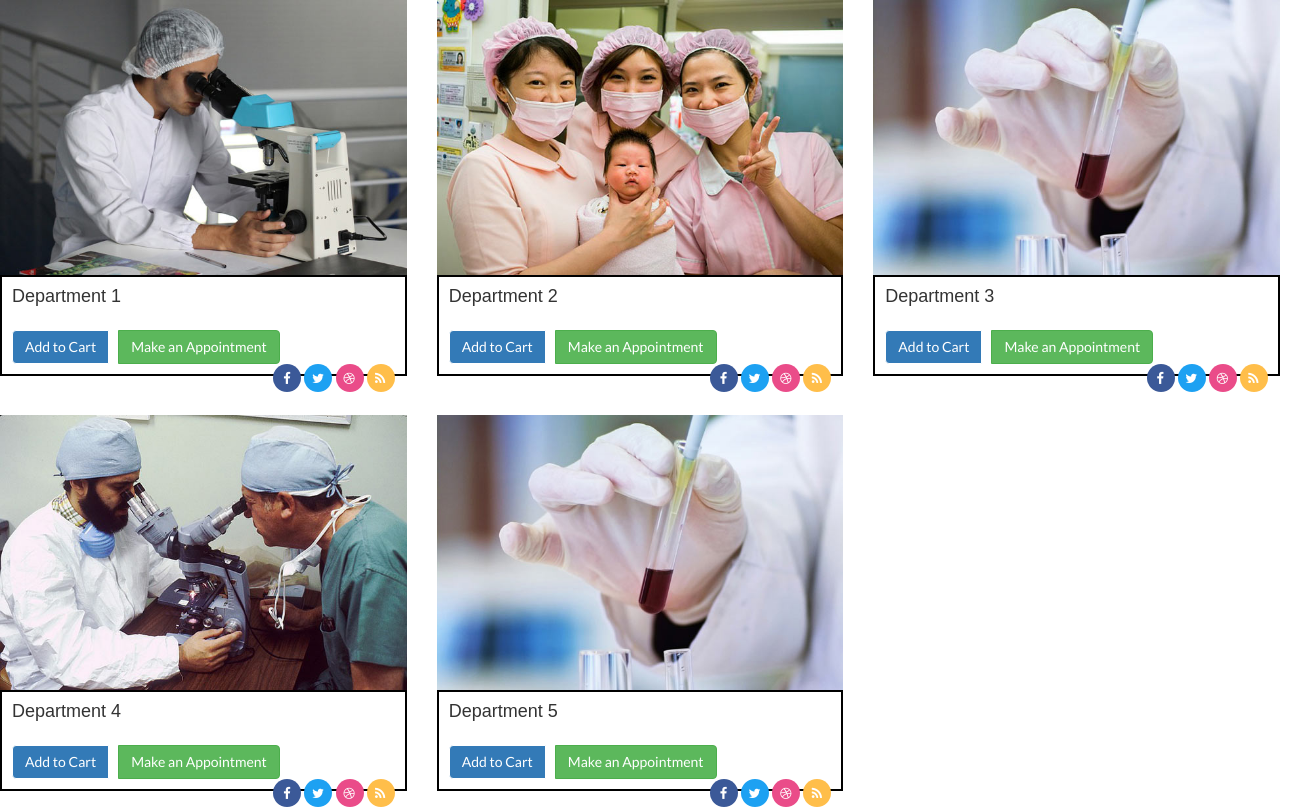
Repository: 72-faisal/work_to_do
Page: http://localhost/Khajina_Doctor/Department-home.jsp
These files come from the project's save history. The page is drawn as it stood at one moment and after the next save; the edit follows.
The browser window is 1280 px wide. The page is 1295 px wide, so the pictures cover 1295 px, including what lies to the right of the window. The pictures show the whole page.
Some web fonts or font styles are not loaded; a fallback is used. The page is served by Tomcat 9. Other server files are loaded and not shown.

Above is the page before, as saved 2023-04-15 20:16:18.

### Khajina_Doctor/Khajina_Doctor/src/main/webapp/Department-home.jsp
<%@ page language="java" contentType="text/html; charset=ISO-8859-1"
    pageEncoding="ISO-8859-1"%>
<!DOCTYPE html>
<html>
<head>
<meta charset="ISO-8859-1">
<title>KhajjinaDoc a Medical Online Solution |</title>
<!-- for-meta-tags-->
<meta name="viewport" content="width=device-width, initial-scale=1">
<meta http-equiv="Content-Type" content="text/html; charset=utf-8" />
<meta name="keywords" content="Health Plus Responsive web template, Bootstrap Web Templates, Flat Web Templates, Android Compatible web template,
Smartphone Compatible web template, free web designs for Nokia, Samsung, LG, SonyEricsson, Motorola web design" />
<script type="application/x-javascript"> addEventListener("load", function() { setTimeout(hideURLbar, 0); }, false);
		function hideURLbar(){ window.scrollTo(0,1); } </script>
<!-- //for-meta-tags-->
<link href="css/bootstrap.css" rel="stylesheet" type="text/css" media="all" />
<link rel="stylesheet" href="css/flexslider.css" type="text/css" media="screen" Department="" />
<link href="css/services.css" rel="stylesheet" type="text/css" media="all" />
<link href="css/ziehharmonika.css" rel="stylesheet" type="text/css">
<link href="css/JiSlider.css" rel="stylesheet">
<link href="css/style.css" rel="stylesheet" type="text/css" media="all" />
<!-- font-awesome icons -->
<link href="css/font-awesome.css" rel="stylesheet">
<!-- //font-awesome icons -->
<link href="//fonts.googleapis.com/css?family=Raleway:200,200i,300,300i,400,400i,500,500i,600,600i,700,700i,800" rel="stylesheet">
<link href="//fonts.googleapis.com/css?family=Lato:300,300i,400,400i,700,900" rel="stylesheet">
<style>
.overlay {
  border: 2px solid black; /* Set the border style to a 1px solid black line */
  padding: 10px; /* Add some padding around the box content to make it easier to read */
}
.department .btn-group .btn:first-child {
  margin-right: 10px;
}

.btn-primary:hover {
  filter: brightness(70%);
}
.social_agileinfo li a {
  display: block;
  width: 30px;
  height: 30px;
  line-height: 30px;
  text-align: center;
  background: #333;
  border-radius: 50%;
  margin: 0 10px;
}

.social_agileinfo li a i {
  font-size: 18px;
}

.social_agileinfo li a:hover {
  background: #555;
}

.social_agileinfo li a:hover i {
  color: #fff;
}

.social_agileinfo li a:focus {
  outline: none;
}





</style>
</head>
<body>
<div class="department-box">
    <div class="row">
        <div class="col-md-4 department">
            <img src="images/g1.jpg" alt=" " class="img-responsive" />
            <div class="overlay">
                <h4>Department 1</h4><br>
                 <div class="btn-group" role="group">
                    <button type="button" class="btn btn-primary">Add to Cart</button>
                    <button type="button" class="btn btn-success">Make an Appointment</button>
                </div><br>
               <div class="agileinfo_social_icons">
							<ul class="agileits_social_list">
								<li><a href="72__faisal" class="w3_agile_facebook"><i class="fa fa-facebook" aria-hidden="true"></i></a></li>
								<li><a href="72__faisal" class="agile_twitter"><i class="fa fa-twitter" aria-hidden="true"></i></a></li>
								<li><a href="72__faisal" class="w3_agile_dribble"><i class="fa fa-dribbble" aria-hidden="true"></i></a></li>
								<li><a href="72__faisal" class="w3_agile_rss"><i class="fa fa-rss" aria-hidden="true"></i></a></li>
							</ul>
						</div>
            </div>
        </div>
        <div class="col-md-4 department">
            <img src="images/g2.jpg" alt=" " class="img-responsive" />
            <div class="overlay">
                <h4>Department 2</h4><br>
                <div class="btn-group" role="group">
                    <button type="button" class="btn btn-primary">Add to Cart</button>
                    <button type="button" class="btn btn-success">Make an Appointment</button>
                </div><br>
                   <div class="agileinfo_social_icons">
							<ul class="agileits_social_list">
								<li><a href="72__faisal" class="w3_agile_facebook"><i class="fa fa-facebook" aria-hidden="true"></i></a></li>
								<li><a href="72__faisal" class="agile_twitter"><i class="fa fa-twitter" aria-hidden="true"></i></a></li>
								<li><a href="72__faisal" class="w3_agile_dribble"><i class="fa fa-dribbble" aria-hidden="true"></i></a></li>
								<li><a href="72__faisal" class="w3_agile_rss"><i class="fa fa-rss" aria-hidden="true"></i></a></li>
							</ul>
						</div>
            </div>
        </div>
        <div class="col-md-4 department">
            <img src="images/g3.jpg" alt=" " class="img-responsive" />
            <div class="overlay">
                <h4>Department 3</h4><br>
                <div class="btn-group" role="group">
                    <button type="button" class="btn btn-primary">Add to Cart</button>
                    <button type="button" class="btn btn-success">Make an Appointment</button>
                </div><br>
                  <div class="agileinfo_social_icons">
							<ul class="agileits_social_list">
								<li><a href="72__faisal" class="w3_agile_facebook"><i class="fa fa-facebook" aria-hidden="true"></i></a></li>
								<li><a href="72__faisal" class="agile_twitter"><i class="fa fa-twitter" aria-hidden="true"></i></a></li>
								<li><a href="72__faisal" class="w3_agile_dribble"><i class="fa fa-dribbble" aria-hidden="true"></i></a></li>
								<li><a href="72__faisal" class="w3_agile_rss"><i class="fa fa-rss" aria-hidden="true"></i></a></li>
							</ul>
						</div>
            </div>
        </div>
    </div><br>
    <div class="row">
        <div class="col-md-4 department">
            <img src="images/g4.jpg" alt=" " class="img-responsive" />
            <div class="overlay">
                <h4>Department 4</h4><br>
               <div class="btn-group" role="group">
                    <button type="button" class="btn btn-primary">Add to Cart</button>
                    <button type="button" class="btn btn-success">Make an Appointment</button>
                </div><br>
                 <div class="agileinfo_social_icons">
							<ul class="agileits_social_list">
								<li><a href="72__faisal" class="w3_agile_facebook"><i class="fa fa-facebook" aria-hidden="true"></i></a></li>
								<li><a href="72__faisal" class="agile_twitter"><i class="fa fa-twitter" aria-hidden="true"></i></a></li>
								<li><a href="72__faisal" class="w3_agile_dribble"><i class="fa fa-dribbble" aria-hidden="true"></i></a></li>
								<li><a href="72__faisal" class="w3_agile_rss"><i class="fa fa-rss" aria-hidden="true"></i></a></li>
							</ul>
						</div>
            </div>
        </div>
         <div class="col-md-4 department">
            <img src="images/g3.jpg" alt=" " class="img-responsive" />
            <div class="overlay">
                <h4>Department 5</h4><br>
               <div class="btn-group" role="group">
                    <button type="button" class="btn btn-primary">Add to Cart</button>
                    <button type="button" class="btn btn-success">Make an Appointment</button>
                </div><br>
                  <div class="agileinfo_social_icons">
							<ul class="agileits_social_list">
								<li><a href="72__faisal" class="w3_agile_facebook"><i class="fa fa-facebook" aria-hidden="true"></i></a></li>
								<li><a href="72__faisal" class="agile_twitter"><i class="fa fa-twitter" aria-hidden="true"></i></a></li>
								<li><a href="72__faisal" class="w3_agile_dribble"><i class="fa fa-dribbble" aria-hidden="true"></i></a></li>
								<li><a href="72__faisal" class="w3_agile_rss"><i class="fa fa-rss" aria-hidden="true"></i></a></li>
							</ul>
						</div>
            </div>
        </div>
    </div>
    </div>

</body>
</html>

### Khajina_Doctor/Khajina_Doctor/src/main/webapp/css/flexslider.css
/*
 * jQuery FlexSlider v2.0
 * http://www.woothemes.com/flexslider/
 *
 * Copyright 2012 WooThemes
 * Free to use under the GPLv2 license.
 * http://www.gnu.org/licenses/gpl-2.0.html
 *
 * Contributing author: Tyler Smith (@mbmufffin)
 */
/* Browser Resets */
.flex-container a:active,
.flexslider a:active,
.flex-container a:focus,
.flexslider a:focus  {outline: none;}
.slides,
.flex-control-nav,
.flex-direction-nav {margin: 0; padding: 0; list-style: none;}

/* FlexSlider Necessary Styles
*********************************/
.flexslider .slides > li {display: none; -webkit-backface-visibility: hidden;} /* Hide the slides before the JS is loaded. Avoids image jumping */
.flexslider .slides img {margin: 0 auto; display: block;}
.flex-pauseplay span {text-transform: capitalize;}

/* Clearfix for the .slides element */
.slides:after {content: "."; display: block; clear: both; visibility: hidden; line-height: 0; height: 0;}
html[xmlns] .slides {display: block;}
* html .slides {height: 1%;}

/* No JavaScript Fallback */
/* If you are not using another script, such as Modernizr, make sure you
 * include js that eliminates this class on page load */
.no-js .slides > li:first-child {display: block;}


/* FlexSlider Default Theme
*********************************/
.flexslider {
	border: 0px;
	position: relative;
	zoom: 1;
	overflow: hidden;
}
.flex-viewport {max-height: 2000px; -webkit-transition: all 1s ease; -moz-transition: all 1s ease; transition: all 1s ease;}
.loading .flex-viewport {max-height: 300px;}
.flexslider .slides {zoom: 1;}

.carousel li {margin-right: 5px}


/* Direction Nav */
.flex-direction-nav a {
	margin: 0;
    background: none;
    position: absolute;
    z-index: 10;
    cursor: pointer;
    opacity: .8;
    -webkit-transition: all .3s ease;
    font-family: FontAwesome;
    font-size: 2em;
    color: #fff;
	text-decoration: none;
	top: 50%;
}
.flex-direction-nav .flex-next {
    right: 5%;
}
.flex-direction-nav .flex-prev {
	left:5%;
}
.flex-direction-nav .flex-next:before{
	content:"\f178";
}
.flex-direction-nav .flex-prev:before{
	content:"\f177";
}
.flexslider:hover .flex-next {opacity: 1;}
.flexslider:hover .flex-prev {opacity: 1;}
.flexslider:hover .flex-next:hover, .flexslider:hover .flex-prev:hover {opacity: 1;}
.flex-direction-nav .flex-disabled {opacity: .3!important; filter:alpha(opacity=30); cursor: default;}
/* Control Nav */
.flex-control-nav {
	display: block;
    position: absolute;
    right: 5%;
    top: 20%;
}
.flex-control-nav li {
    margin: 15px 0;
    display: block;
    zoom: 1;
    position: relative;
}
.flex-control-paging li a {
	width: 15px;
    height: 15px;
    display: none;
    cursor: pointer;
    text-indent: -9999px;
    border: 5px solid rgba(255, 255, 255, 0.38);
    background: #bababa;
    text-align: center;
    border-radius: 15px;
}
.flex-control-paging li a.flex-active {
	background:#ff464f;
	cursor: default;
	transform: rotateX(360deg);
	-webkit-transform: rotateX(360deg);
	-moz-transform: rotateX(360deg);
	-o-transform: rotateX(360deg);
	-ms-transform: rotateX(360deg);
    transition: transform 2s;
}
.flex-control-thumbs {margin: 5px 0 0; position: static; overflow: hidden;}
.flex-control-thumbs li {width: 25%; float: left; margin: 0;}
.flex-control-thumbs img {width: 100%; display: block; opacity: .7; cursor: pointer;}
.flex-control-thumbs img:hover {opacity: 1;}
.flex-control-thumbs .flex-active {opacity: 1; cursor: default;}
@media screen and (max-width:1366px) {

}
@media screen and (max-width:1080px) {

}
@media screen and (max-width: 991px){

}
@media screen and (max-width: 667px){

}
@media screen and (max-width: 640px){

}
@media screen and (max-width: 600px){

}
@media screen and (max-width: 480px) {
	section.slider {
		padding-top: 0;
	}

}
@media screen and (max-width: 414px){

}
@media screen and (max-width: 384px){

}
@media screen and (max-width: 375px) {

}
@media screen and (max-width: 320px) {

}

### Khajina_Doctor/Khajina_Doctor/src/main/webapp/css/services.css
.ch-item {
	width: 100%;
	height: 100%;
	border-radius: 50%;
	position: relative;
	cursor: default;
	-webkit-perspective: 900px;
	-moz-perspective: 900px;
	-o-perspective: 900px;
	-ms-perspective: 900px;
	perspective: 900px;
}
.ch-info{
	position: absolute;
	width: 100%;
	height: 100%;
	-webkit-transform-style: preserve-3d;
	-moz-transform-style: preserve-3d;
	-o-transform-style: preserve-3d;
	-ms-transform-style: preserve-3d;
	transform-style: preserve-3d;
}
.ch-info > div {
	display: block;
	position: absolute;
	width: 100%;
	height: 100%;
	border-radius: 50%;
	background-position: center center;
	-webkit-transition: all 0.4s linear;
	-moz-transition: all 0.4s linear;
	-o-transition: all 0.4s linear;
	-ms-transition: all 0.4s linear;
	transition: all 0.4s linear;
	-webkit-transform-origin: 50% 0%;
	-moz-transform-origin: 50% 0%;
	-o-transform-origin: 50% 0%;
	-ms-transform-origin: 50% 0%;
	transform-origin: 50% 0%;
}

.ch-info .ch-info-front {
      border: 10px solid #1c588e;
    background: #fff;
}

.ch-info .ch-info-back {
	-webkit-transform: translate3d(0,0,-220px) rotate3d(1,0,0,90deg);
	-moz-transform: translate3d(0,0,-220px) rotate3d(1,0,0,90deg);
	-o-transform: translate3d(0,0,-220px) rotate3d(1,0,0,90deg);
	-ms-transform: translate3d(0,0,-220px) rotate3d(1,0,0,90deg);
	transform: translate3d(0,0,-220px) rotate3d(1,0,0,90deg);
	background: #000;
	opacity: 0;
}
.ch-info-front.ch-img-1 i,.ch-info-front.ch-img-2 i,.ch-info-front.ch-img-3 i ,.ch-info-front.ch-img-4 i ,.ch-info-front.ch-img-5 i   {
    color: #232323;
    font-size: 4em;
    line-height: 3em;
}

.ch-info h5 {
    color: #fff;
    text-transform: uppercase;
    letter-spacing: 2px;
    font-size: 20px;
    margin: 0 15px;
    padding: 78px 0 0 0;
    height: 110px;
    text-shadow: 0 0 1px #fff, 0 1px 2px rgba(0,0,0,0.3);
}

.ch-info p {
	color: #de0f17;
    padding:10px 5px;
    font-style:italic;
    margin:0 30px;
    font-size:12px;
    border-top:1px solid rgba(47, 46, 46, 0.5);
}

.ch-info p a {
	display: block;
	color: #fff;
	color: rgba(255,255,255,0.7);
	font-style: normal;
	font-weight: 700;
	text-transform: uppercase;
	font-size: 9px;
	letter-spacing: 1px;
	padding-top: 4px;
	font-family: 'Open Sans', Arial, sans-serif;
}

.ch-info p a:hover {
	color: #fff222;
	color: rgba(255,242,34, 0.8);
}

.ch-item:hover .ch-info-front {
	-webkit-transform: translate3d(0,280px,0) rotate3d(1,0,0,-90deg);
	-moz-transform: translate3d(0,280px,0) rotate3d(1,0,0,-90deg);
	-o-transform: translate3d(0,280px,0) rotate3d(1,0,0,-90deg);
	-ms-transform: translate3d(0,280px,0) rotate3d(1,0,0,-90deg);
	transform: translate3d(0,280px,0) rotate3d(1,0,0,-90deg);
	opacity: 0;
}

.ch-item:hover .ch-info-back {
	-webkit-transform: rotate3d(1,0,0,0deg);
	-moz-transform: rotate3d(1,0,0,0deg);
	-o-transform: rotate3d(1,0,0,0deg);
	-ms-transform: rotate3d(1,0,0,0deg);
	transform: rotate3d(1,0,0,0deg);
	opacity: 1;
}

### Khajina_Doctor/Khajina_Doctor/src/main/webapp/css/ziehharmonika.css
/* @author Tim himself */

.ziehharmonika h3 {
    background: rgba(255, 255, 255, 0);
    color: #151414;
    text-align: left;
    border-radius: 0px;
    padding: 25px 20px;
    cursor: pointer;
    margin-top: 0;
    margin-bottom: 25px;
    padding-right: 40px;
    transition: 0.25s all;
    position: relative;
    border: 6px solid #191919;
    font-weight: 700;
    letter-spacing: 1px;
}
.ziehharmonika h3.active {
    margin-bottom: 21px;
  background: #207fdc;
    border: 6px solid rgba(44, 185, 139, 0.01);
}
.ziehharmonika h3::before {
	content: attr(data-prefix);
	font-size: 18px;
	margin-right: 9px;
}
.ziehharmonika > div {
	display: none;
	    background: #fff;
    border-radius: 0;
    border: 1px solid #cdcdcd;
    text-align: left;
    padding: 31px 33px;
    margin-bottom: 9px;
}
.ziehharmonika .arrowDown {
	width: 0;
	height: 0;
	border-style: solid;
	border-width: 13.0px 7.5px 0 7.5px;
	border-color: #272e35 transparent transparent transparent;
	position: absolute;
	bottom: 0;
	left: 40px;
	transition: 0.25s all;
	opacity: 0;
}
.ziehharmonika .active .arrowDown {
       bottom: -18px;
    border-color: #207fdc transparent transparent transparent;
    opacity: 1;
}
.ziehharmonika .collapseIcon {
	    position: absolute;
    right: 20px;
    top: 52%;
    font-size: 30px;
    font-weight: 400;
    -ms-transform: translate(0, -50%);
    transform: translate(0, -50%);
}
/*--/Responsive--*/
@media(max-width:640px){
	.ziehharmonika > div {
		display: none;
		background: #fff;
		border-radius: 0;
		border: 1px solid #cdcdcd;
		text-align: left;
		padding: 15px 15px;
		margin-bottom: 9px;
	}
	.ziehharmonika h3 {
      padding: 15px 20px;
	}
}
@media(max-width:414px){
	.ziehharmonika h3 {
		padding: 9px 15px;
		margin-bottom: 14px;
		padding-right: 40px;
		font-size: 1.2em;
	}
}
/*--//Responsive--*/

### Khajina_Doctor/Khajina_Doctor/src/main/webapp/css/JiSlider.css
/****** JiSlider css ******/
	#JiSlider {
				width: 100%;
				height: 100%;
			}
.jislider ul {
	height: 100%;
	margin: 0;
	padding: 0;
	position: relative;
	list-style-type: none;
}

.jislider ul li {
	position: relative;
	height: 100%;
	float: left;
	overflow: hidden;
}

.jislider__img {
	position: absolute;
	top: 0;
	left: 0;
	background-size: cover;
	background-position: center;
	width: 100%;
	height: 100%;
	z-index: -1;
}

.jislider__left-arrow {
	position: absolute;
	left: 30px;
	top: 0;
	bottom: 0;
	margin: auto;
	width: 30px;
	height: 60px;
	cursor: pointer;
}

.jislider__left-arrow__top {
	content: '';
	position: absolute;
	top: 0;
	left: 0;
	width: 2px;
	height: 30px;
	background-color: inherit;
	-webkit-transform: rotate(30deg) translateX(10px) translateY(-3px);
	-ms-transform: rotate(30deg) translateX(10px) translateY(-3px);
	transform: rotate(30deg) translateX(10px) translateY(-3px);
}

.jislider__left-arrow__bottom {
	content: '';
	position: absolute;
	bottom: 0;
	left: 0;
	width: 2px;
	height: 30px;
	background-color: inherit;
	-webkit-transform: rotate(-30deg) translateX(10px) translateY(3px);
	-ms-transform: rotate(-30deg) translateX(10px) translateY(3px);
	transform: rotate(-30deg) translateX(10px) translateY(3px);
}


.jislider__right-arrow {
	position: absolute;
	right: 30px;
	top: 0;
	bottom: 0;
	margin: auto;
	width: 30px;
	height: 60px;
	cursor: pointer;
}

.jislider__right-arrow__top {
	content: '';
	position: absolute;
	top: 0;
	right: 0;
	width: 2px;
	height: 30px;
	background-color: inherit;
	-webkit-transform: rotate(-30deg) translateX(-10px) translateY(-3px);
	-ms-transform: rotate(-30deg) translateX(-10px) translateY(-3px);
	transform: rotate(-30deg) translateX(-10px) translateY(-3px);
}

.jislider__right-arrow__bottom {
	content: '';
	position: absolute;
	bottom: 0;
	right: 0;
	width: 2px;
	height: 30px;
	background-color: inherit;
	-webkit-transform: rotate(30deg) translateX(-10px) translateY(3px);
	-ms-transform: rotate(30deg) translateX(-10px) translateY(3px);
	transform: rotate(30deg) translateX(-10px) translateY(3px);
}

.jislider__controller {
    position: absolute;
    max-width: 80%;
    padding: 0 10px;
    left: -54%;
    right: 0;
    bottom: 20%;
    margin: auto;
    text-align: center;
}

.jislider__button {
    display: inline-block;
    width: 36px;
    height: 5px;
    margin: 0 0 0 7px;
    cursor: pointer;
    border: 2px solid #fff!important;
    background: #fff!important;
    box-shadow: 3px 3px rgba(0, 0, 0, 0.34);
}
.jislider__button.jislider__on{
	background:#de0f17!important;
    border:2px solid #de0f17!important;
    height:5px;
    width:36px;
	border-radius:0px!important;
}
.jislider__controller {
    width: 200px!important;
}
/*--start-responsive-design--*/
@media (max-width:1680px){
	.jislider__controller {
		left: -61%;
	}
}
@media (max-width:1600px){
	.jislider__controller {
		left: -64%;
	}
}
@media (max-width:1440px){
	.jislider__controller {

		bottom: 20%;
		left: -71%;
        right: 0;
	}
}
@media (max-width:1366px){
	.jislider__controller {
		bottom: 20%;
		left: -74%;
		right: 0;
	}
}
@media (max-width:1280px){

	.jislider__controller {
		left: -80%;
		right: 0;
		bottom: 20%;
	}
}
@media (max-width:1080px){
	.jislider__controller {
		left: -76%;
		right: 0;
		bottom: 24%;
	}
}
@media (max-width:1050px){
 .jislider__controller {
		left: -78%;
		right: 0;
		bottom: 24%;
	}
}
@media (max-width:1024px){
	.jislider__controller {
		left: -80%;
		right: 0;
		bottom: 26%;
	}
}
@media (max-width:991px){

	.jislider__controller {
		left: -63%;
		right: 0;
		bottom: 23%;
	}
}
@media (max-width:800px){
	.jislider__controller {
		left: -67%;
		right: 0;
		bottom: 23%;
	}
}
@media (max-width:768px){
	.jislider__controller {
		left: -72%;
		right: 0;
		bottom: 23%;
	}
}
@media (max-width:736px){
	.jislider__controller {
		left: -63%;
		right: 0;
		bottom: 27%;
	}
}
@media (max-width:667px){
   .jislider__controller {
		left: -66%;
		right: 0;
		bottom: 27%;
	}

}
@media (max-width:640px){
	.jislider__controller {
		left: -61%;
		right: 0;
		bottom: 23%;
	}
}
@media (max-width:600px){
	.jislider__controller {
		left: -60%;
		right: 0;
		bottom: 20%;
	}
}
@media (max-width:568px){
	.jislider__button {
		display: inline-block;
		width: 27px;
	}
}
@media (max-width:480px){

	.jislider__controller {
		left: -53%;
		right: 0;
		bottom: 22%;
	}
	.jislider__button {
		display: inline-block;
		width: 26px;
		height: 5px;
		margin: 0 0 0 7px;
	}
}
@media (max-width:414px){
	.jislider__left-arrow {
		position: absolute;
		left: 10px;
		top: 0;
		bottom: 0;
		margin: auto;
		width: 30px;
		height: 60px;
		cursor: pointer;
	}
	.jislider__right-arrow {
		position: absolute;
		right: 10px;
		top: 0;
		bottom: 0;
		margin: auto;
		width: 30px;
		height: 60px;
		cursor: pointer;
	}
	.jislider__controller {
		left: -53%;
		right: 0;
		bottom: 19%;
	}
}
@media (max-width:384px){
	.jislider__controller {
		padding: 0 0px;
		left: -49%;
		right: 0;
		bottom: 14%;
	}
}

Loaded but not shown: Khajina_Doctor/Khajina_Doctor/src/main/webapp/css/bootstrap.css (library); Khajina_Doctor/Khajina_Doctor/src/main/webapp/css/font-awesome.css (library); Khajina_Doctor/Khajina_Doctor/src/main/webapp/css/style.css (4106 lines, source omitted)

After the next save:
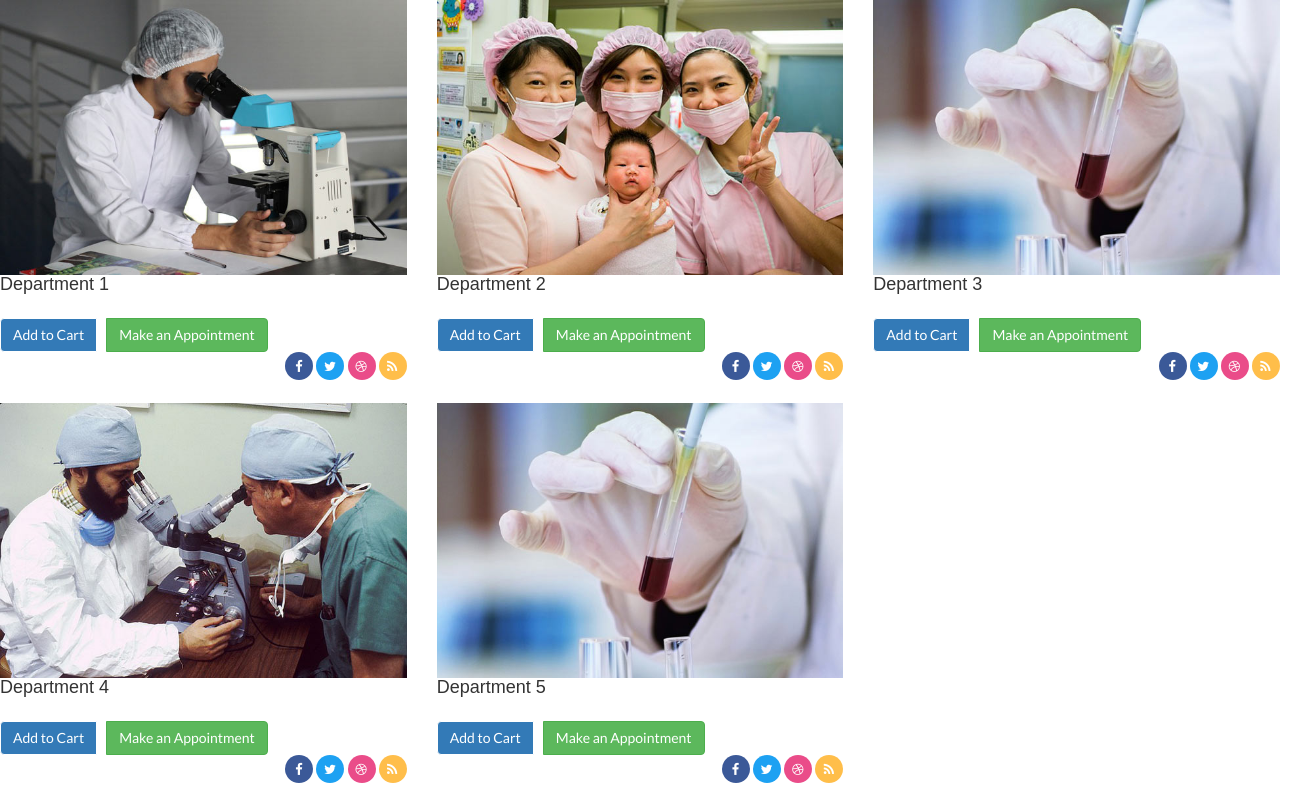
Saved 47 s later.
--- a/Khajina_Doctor/Khajina_Doctor/src/main/webapp/Department-home.jsp
+++ b/Khajina_Doctor/Khajina_Doctor/src/main/webapp/Department-home.jsp
@@ -25,7 +25,7 @@ Smartphone Compatible web template, free web designs for Nokia, Samsung, LG, Son
 <link href="//fonts.googleapis.com/css?family=Raleway:200,200i,300,300i,400,400i,500,500i,600,600i,700,700i,800" rel="stylesheet">
 <link href="//fonts.googleapis.com/css?family=Lato:300,300i,400,400i,700,900" rel="stylesheet">
 <style>
-.overlay {
+.col-md-4 department {
   border: 2px solid black; /* Set the border style to a 1px solid black line */
   padding: 10px; /* Add some padding around the box content to make it easier to read */
 }
